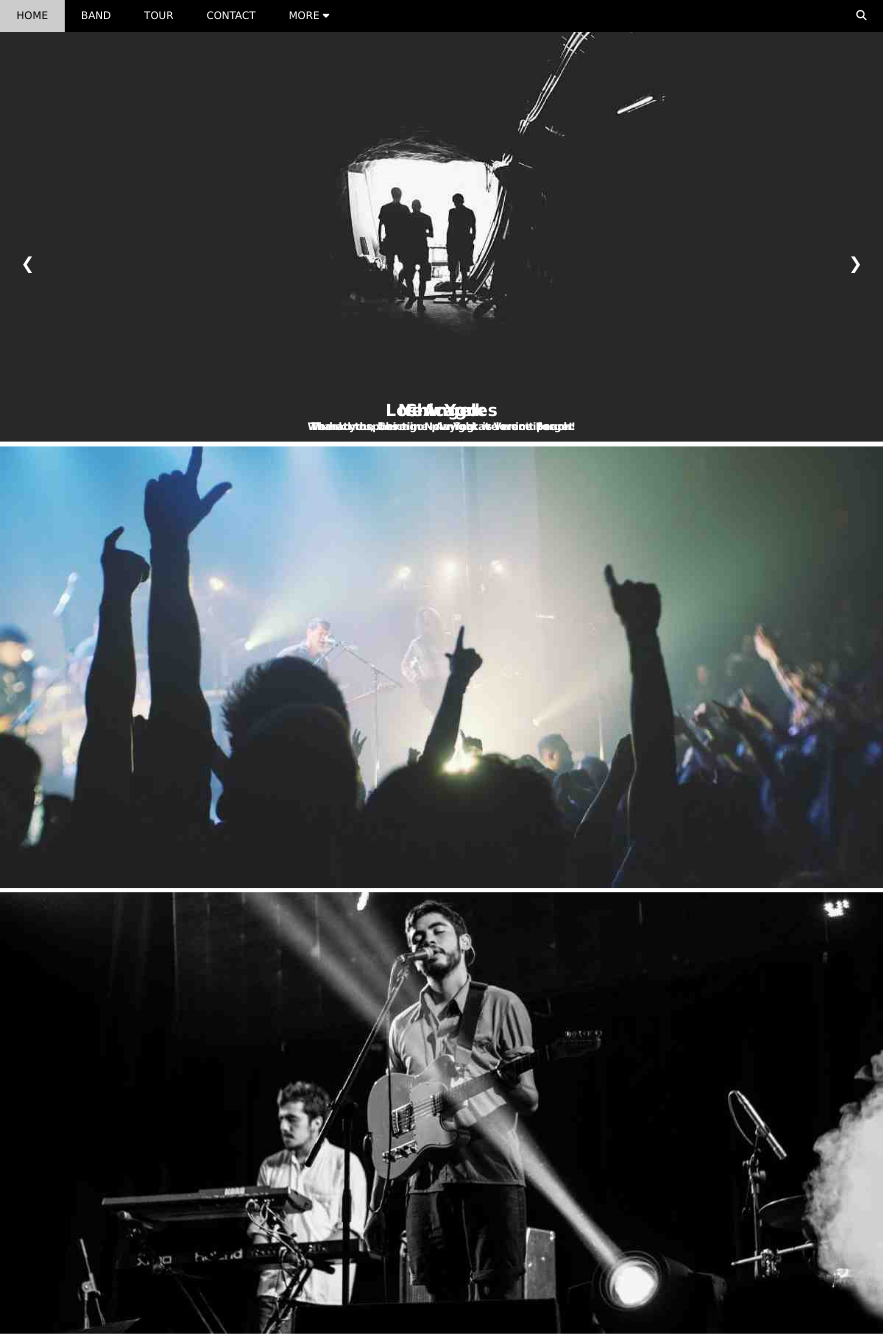
Repository: tam1512/The-Band
Page: index.html
These files come from the project's save history. The page is drawn as it stood at one moment and after the next save; the edit follows.
The browser window is 1280 px wide. The pictures show the whole page, at 69% of full size.
Some web libraries are served in a nearby version.

Above is the page before, as saved 2022-07-22 16:02:29.

After the next save:
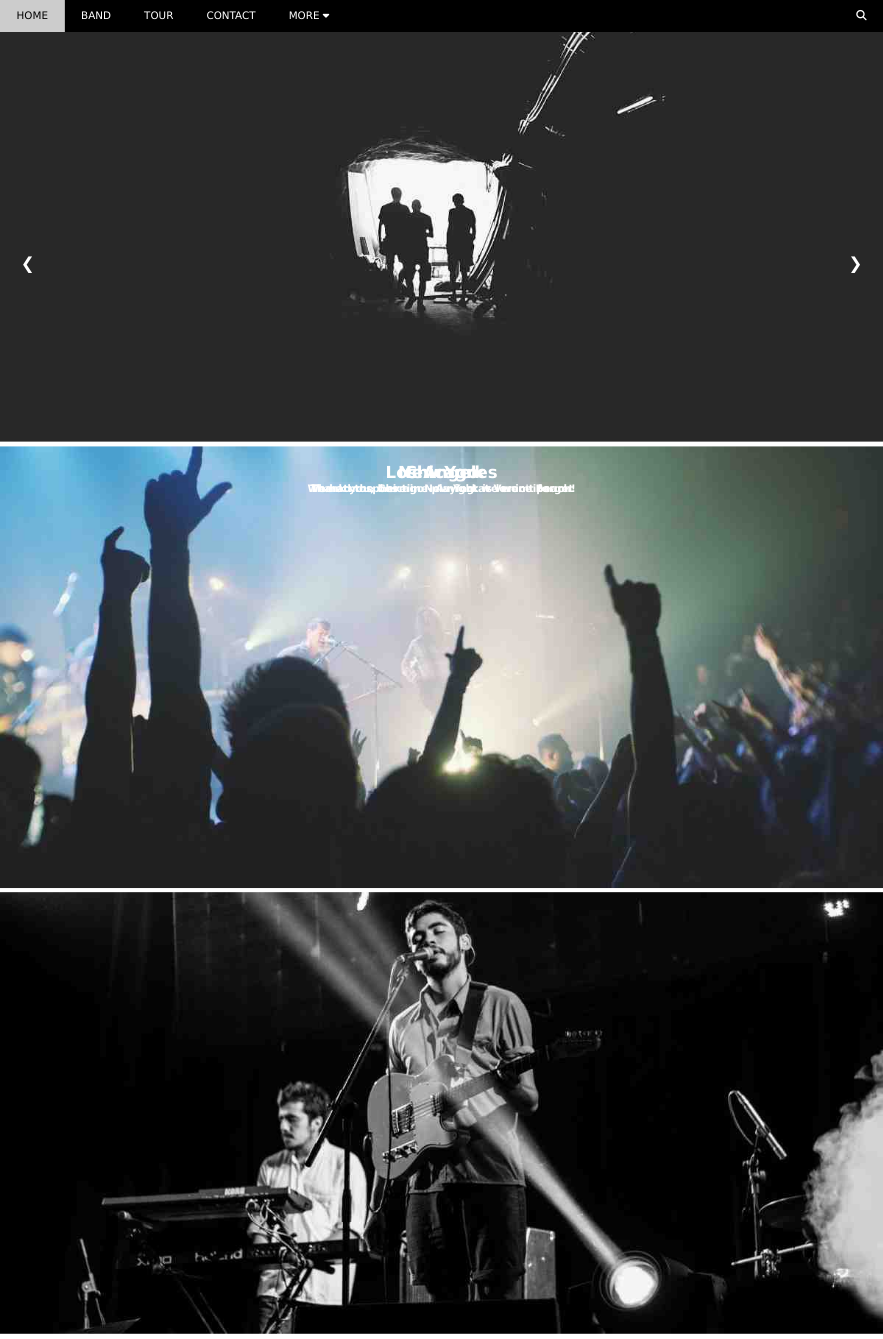
Saved 5 s later.
--- a/assets/css/style.css
+++ b/assets/css/style.css
@@ -159,6 +159,6 @@ li.dropdown {
   position: absolute;
   left: 50%;
   bottom: 0;
-  transform: translate(-50%, -100%);
+  transform: translate(-50%, 100%);
   text-align: center;
 }
